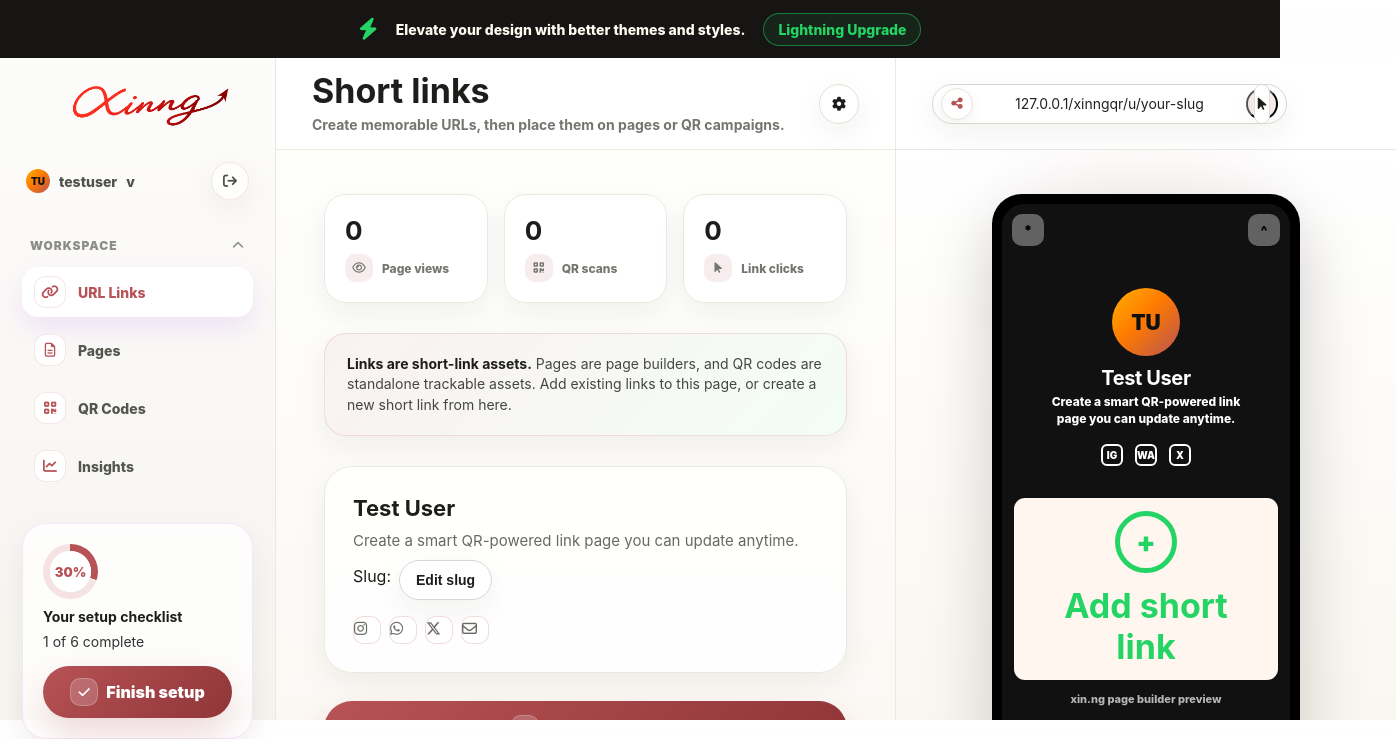
Repository: AyendiSimeon1/xinngqr
Page: http://localhost/xinngqr/dashboard.php
These files come from the project's save history. The page is drawn as it stood at one moment and after the next save; the edit follows.
The browser window is 1280 px wide. The page is 1396 px wide, so the pictures cover 1396 px, including what lies to the right of the window. The pictures show the whole page.
An inner scrolling area shows only its first screen. The page is run by PHP 8.4 with error messages shown; the project is at /var/www/html/. The session is filled in as if someone had signed in: {"user_id": 1, "user_name": "Test User"}. Queries for data that is not in the repository find no rows.

Above is the page before, as saved 2026-06-20 06:53:12.

After the next save:
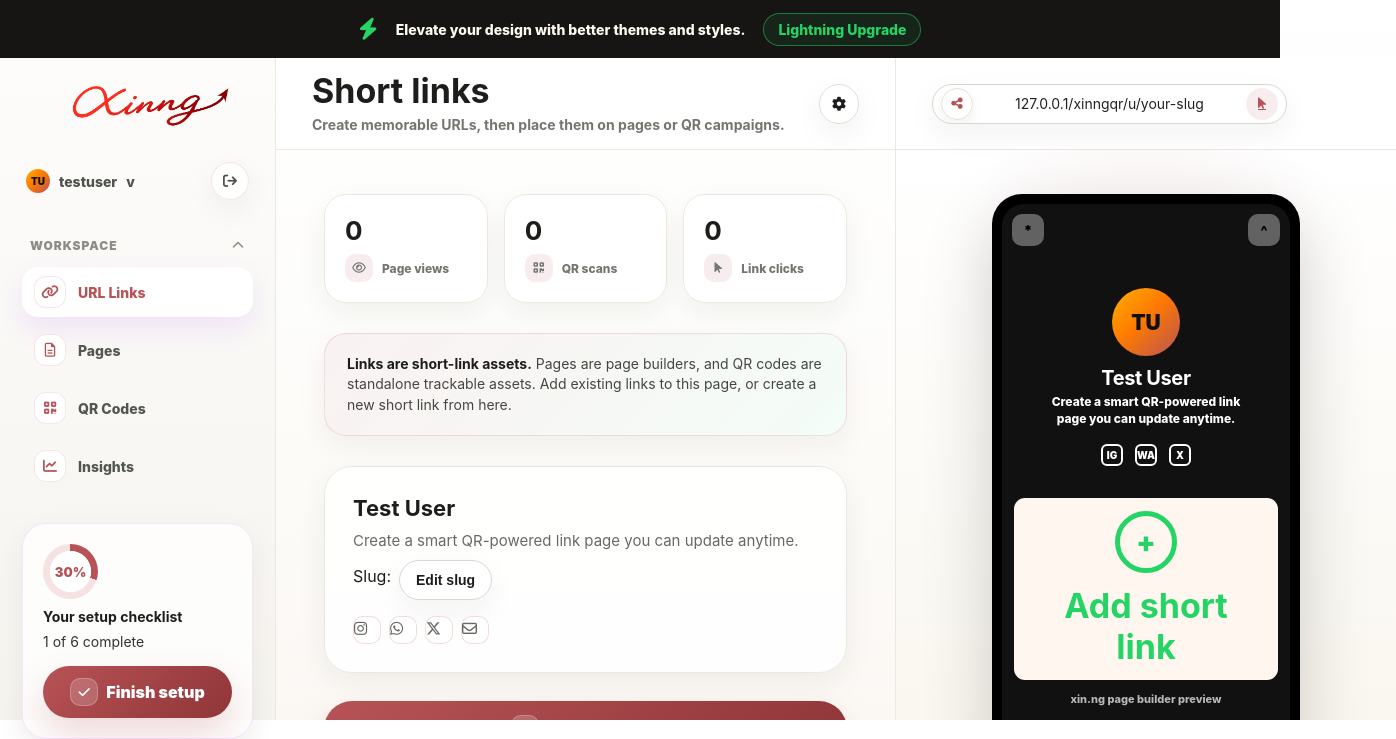
Saved 49 s later.
--- a/dashboard.php
+++ b/dashboard.php
@@ -264,7 +264,7 @@ $completion = $activePage ? min(100, 45 + (count($links) * 10) + (!empty($active
 
           <button class="pill-share" aria-label="Share page" title="Share page"><i class="fa-solid fa-share-nodes"></i></button>
 
-          <button class="label-icon"><a class="icon-btn" href="<?= e($displayUrl) ?>" target="_blank" rel="noopener" aria-label="Open public page"><i class="fa-solid fa-mouse-pointer"></i></a></button>
+          <a class="label-icon" class="icon-btn" href="<?= e($displayUrl) ?>" target="_blank" rel="noopener" aria-label="Open public page"><i class="fa-solid fa-mouse-pointer"></i></a>
 
           <span class="url-text"><?= e(str_replace(['http://', 'https://'], '', $displayUrl)) ?></span>
         </div>
